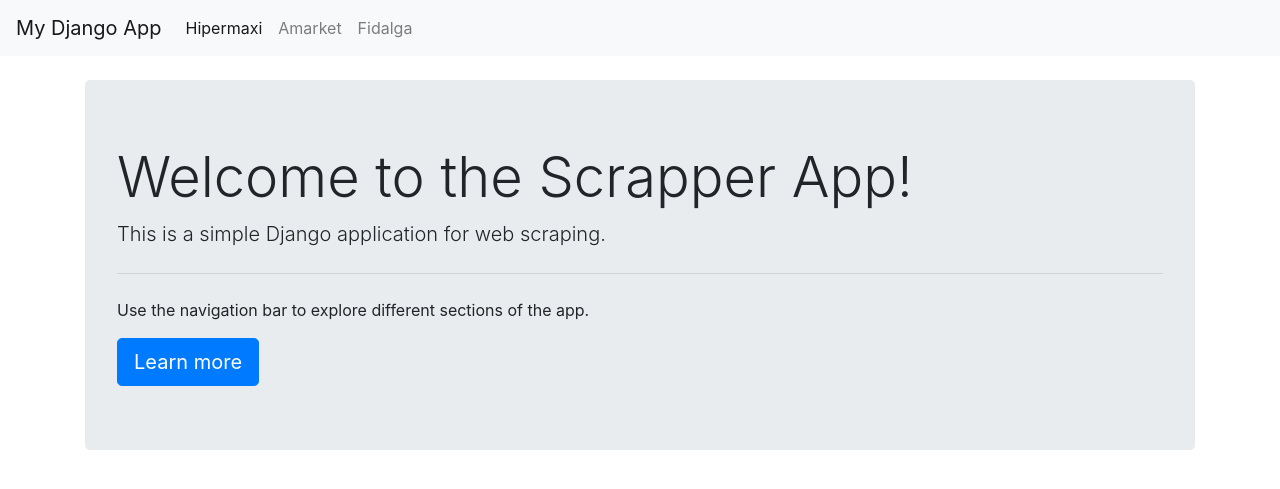
Repository: Nicolascresposu/Scraper-Supermercados
Page: http://localhost/
The author's editor kept a copy of each file at every save. The page is drawn from the files as they stood at one save, then again after the next save.
The browser window is 1280 px wide. The pictures show the whole page.
The page is served by the project's application, run on Django 5.2 (frontend/scrapper/manage.py).

Above is the page before, as saved 2025-08-26 19:51:42.

After the next save:
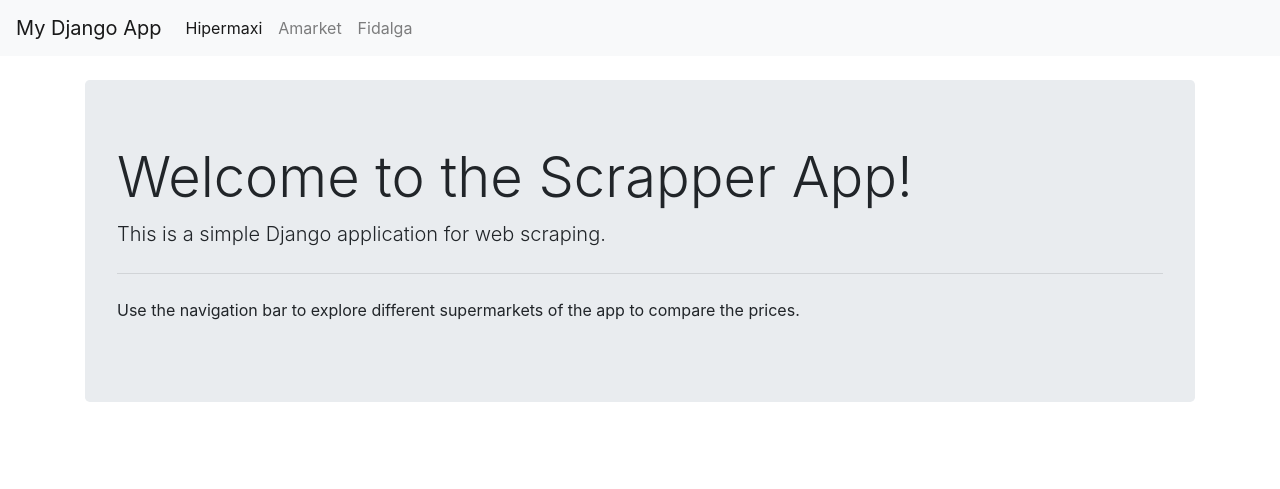
Saved 2 min 9 s later.
--- a/frontend/scrapper/scrapper_app/templates/home.html
+++ b/frontend/scrapper/scrapper_app/templates/home.html
@@ -4,7 +4,7 @@
     <h1 class="display-4">Welcome to the Scrapper App!</h1>
     <p class="lead">This is a simple Django application for web scraping.</p>
     <hr class="my-4" />
-    <p>Use the navigation bar to explore different sections of the app.</p>
-    <a class="btn btn-primary btn-lg" href="#" role="button">Learn more</a>
+    <p>Use the navigation bar to explore different supermarkets of the app to compare the prices.</p>
+    <!--<a class="btn btn-primary btn-lg" href="#" role="button">Learn more</a>-->
   </div>
 {% endblock %}
